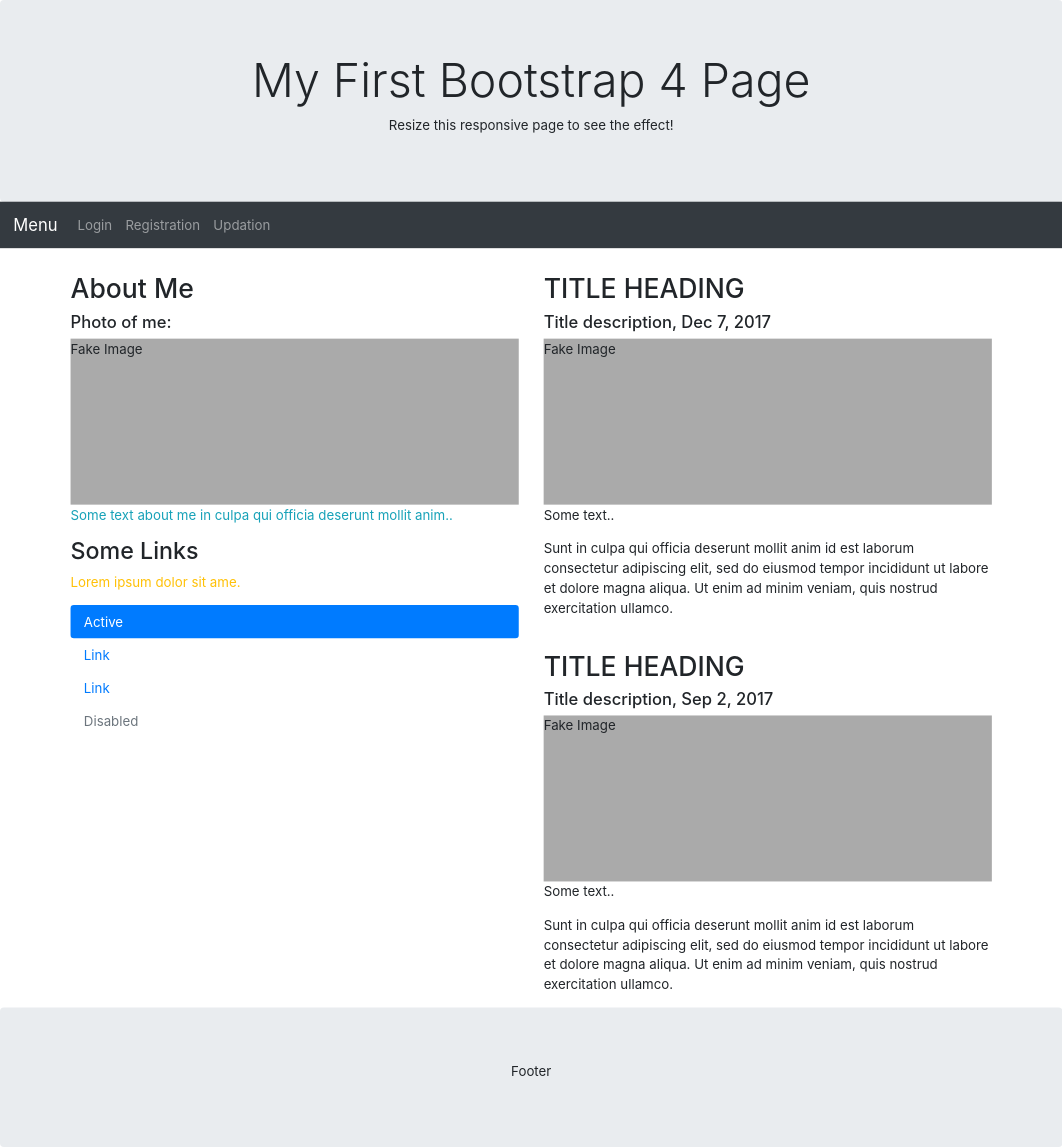
Repository: sahithi9999/workspace
Page: hello/WebContent/form.html
The author's editor kept a copy of each file at every save. The page is drawn from the files as they stood at one save, then again after the next save.
The browser window is 1280 px wide. The pictures show the whole page, at 83% of full size.

Above is the page before, as saved 2020-01-18 11:48:03.

### hello/WebContent/form.html
<!DOCTYPE html>
<html lang="en">
<head>
  <title>Bootstrap 4 Website Example</title>
  <meta charset="utf-8">
  <meta name="viewport" content="width=device-width, initial-scale=1">
  <link rel="stylesheet" href="https://maxcdn.bootstrapcdn.com/bootstrap/4.4.1/css/bootstrap.min.css">
  <script src="https://ajax.googleapis.com/ajax/libs/jquery/3.4.1/jquery.min.js"></script>
  <script src="https://cdnjs.cloudflare.com/ajax/libs/popper.js/1.16.0/umd/popper.min.js"></script>
  <script src="https://maxcdn.bootstrapcdn.com/bootstrap/4.4.1/js/bootstrap.min.js"></script>

  <style>
  .fakeimg {
    height: 200px;
    background: #aaa;
  }
  </style>
</head>
<body>

<div class="jumbotron text-center" style="margin-bottom:0">
  <h1 class="display-4">My First Bootstrap 4 Page</h1>
  <p>Resize this responsive page to see the effect!</p>
</div>

<nav class="navbar navbar-expand-sm bg-dark navbar-dark">
  <a class="navbar-brand" href="#">Menu</a>
  <button class="navbar-toggler" type="button" data-toggle="collapse" data-target="#collapsibleNavbar">
    <span class="navbar-toggler-icon"></span>
  </button>
  <div class="collapse navbar-collapse" id="collapsibleNavbar">
    <ul class="navbar-nav">
      <li class="nav-item">
        <a class="nav-link" href="#">Login</a>
      </li>
      <li class="nav-item">
        <a class="nav-link" href="#">Registration</a>
      </li>
      <li class="nav-item">
        <a class="nav-link" href="#">Updation</a>
      </li>
    </ul>
  </div>
</nav>

<div class="container" style="margin-top:30px">
  <div class="row">
    <div class="col">
      <h2>About Me</h2>
      <h5>Photo of me:</h5>
      <div class="fakeimg">Fake Image</div>
      <p class="text-info">Some text about me in culpa qui officia deserunt mollit anim..</p>
      <h3>Some Links</h3>
      <p class="text-warning">Lorem ipsum dolor sit ame.</p>
      <ul class="nav nav-pills flex-column">
        <li class="nav-item">
          <a class="nav-link active" href="#">Active</a>
        </li>
        <li class="nav-item">
          <a class="nav-link" href="#">Link</a>
        </li>
        <li class="nav-item">
          <a class="nav-link" href="#">Link</a>
        </li>
        <li class="nav-item">
          <a class="nav-link disabled" href="#">Disabled</a>
        </li>
      </ul>
      <hr class="d-sm-none">
    </div>
    <div class="col">
      <h2>TITLE HEADING</h2>
      <h5>Title description, Dec 7, 2017</h5>
      <div class="fakeimg">Fake Image</div>
      <p>Some text..</p>
      <p>Sunt in culpa qui officia deserunt mollit anim id est laborum consectetur adipiscing elit, sed do eiusmod tempor incididunt ut labore et dolore magna aliqua. Ut enim ad minim veniam, quis nostrud exercitation ullamco.</p>
      <br>
      <h2>TITLE HEADING</h2>
      <h5>Title description, Sep 2, 2017</h5>
      <div class="fakeimg">Fake Image</div>
      <p>Some text..</p>
      <p>Sunt in culpa qui officia deserunt mollit anim id est laborum consectetur adipiscing elit, sed do eiusmod tempor incididunt ut labore et dolore magna aliqua. Ut enim ad minim veniam, quis nostrud exercitation ullamco.</p>
    </div>
  </div>
</div>

<div class="jumbotron text-center" style="margin-bottom:0">
  <p>Footer</p>
</div>

</body>
</html>

After the next save:
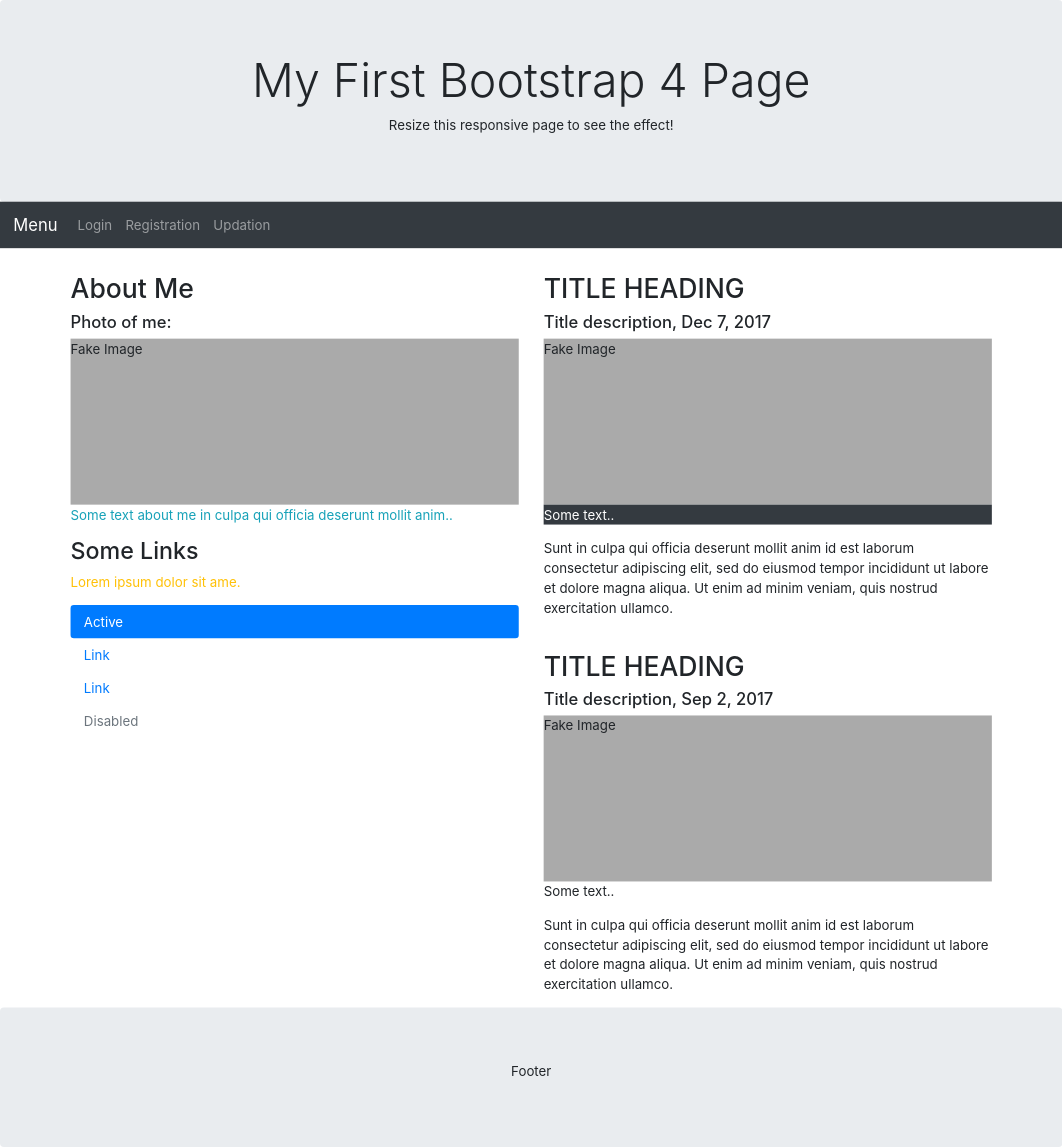
Saved 72 s later.
--- a/hello/WebContent/form.html
+++ b/hello/WebContent/form.html
@@ -72,7 +72,7 @@
       <h2>TITLE HEADING</h2>
       <h5>Title description, Dec 7, 2017</h5>
       <div class="fakeimg">Fake Image</div>
-      <p>Some text..</p>
+      <p class="bg-dark text-white">Some text..</p>
       <p>Sunt in culpa qui officia deserunt mollit anim id est laborum consectetur adipiscing elit, sed do eiusmod tempor incididunt ut labore et dolore magna aliqua. Ut enim ad minim veniam, quis nostrud exercitation ullamco.</p>
       <br>
       <h2>TITLE HEADING</h2>
